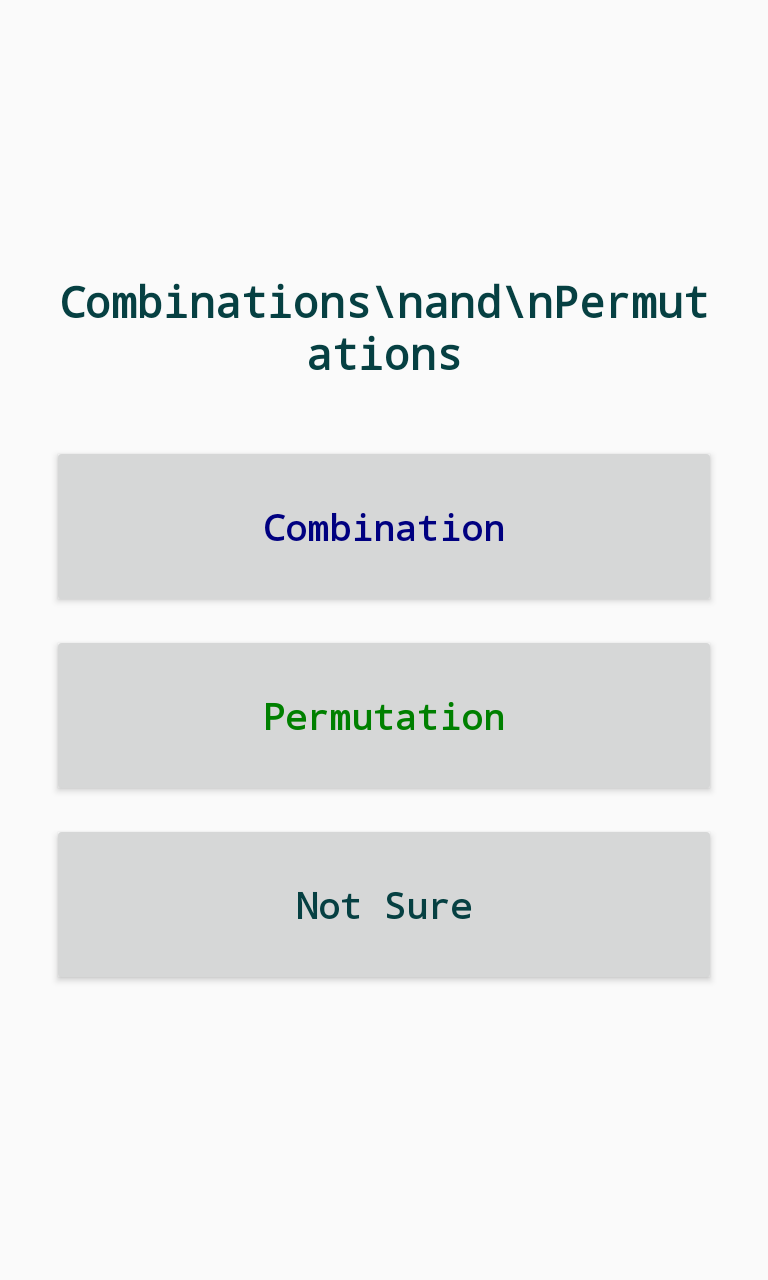
Repository: rontejada1991/Combinations-and-Permutations-Android-App
Layout: combinations/res/layout/activity_main.xml
These files come from the project's save history. The layout is drawn as it stood at one moment and after the next save; the edit follows.
It is drawn on a 768 x 1280 px phone screen (xhdpi) without system bars, with theme AppTheme; the app's code is not run.

Above is the layout before, as saved 2014-11-07 20:46:38.

### combinations/res/layout/activity_main.xml
<LinearLayout xmlns:android="http://schemas.android.com/apk/res/android"
    xmlns:tools="http://schemas.android.com/tools"
    android:layout_width="match_parent"
    android:layout_height="match_parent"
	android:orientation="vertical"
	android:gravity="center"
	android:padding="25dp"
    tools:context="com.silvercloudgames.combinations.MainActivity" >

    <TextView
        android:id="@+id/tv_title"
        style="@style/CodeFont"
        android:layout_width="fill_parent"
        android:text="Combinations\nand\nPermutations"
        android:layout_marginBottom="30dp" />

    <Button
        android:id="@+id/b_comb"
        style="@style/CodeFont.Med"
        android:text="Combination"
        android:padding="30dp"
        android:textColor="#000080"
        android:layout_width="fill_parent"
        android:layout_marginBottom="10dp"
        android:onClick="onBeginPressed" />

    <Button
        android:id="@+id/b_perm"
        style="@style/CodeFont.Med"
        android:text="Permutation"
        android:padding="30dp"
        android:textColor="#008000"
        android:layout_width="fill_parent"
        android:layout_marginBottom="10dp"
        android:onClick="onBeginPressed" />

     <Button
        android:id="@+id/b_not_sure"
        style="@style/CodeFont.Med"
        android:text="Not Sure"
        android:padding="30dp"
        android:layout_width="fill_parent"
        android:layout_marginBottom="10dp"
        android:onClick="onBeginPressed" />


</LinearLayout>

### combinations/res/values/code_font.xml
<?xml version="1.0" encoding="utf-8"?>
<resources xmlns:android="http://schemas.android.com/apk/res/android">

    <style name="CodeFont">
        <item name="android:layout_width">wrap_content</item>
        <item name="android:layout_height">wrap_content</item>
        <item name="android:textColor">#064042</item>
        <item name="android:textStyle">bold</item>
        <item name="android:typeface">monospace</item>
        <item name="android:gravity">center</item>
        <item name="android:textAppearance">@android:style/TextAppearance.Large</item>
    </style>

    <style name="CodeFont.Med">
        <item name="android:textAppearance">@android:style/TextAppearance.Medium</item>
    </style>

    <style name="CodeFont.Italic">
        <item name="android:textStyle">italic</item>
    </style>

</resources>

Loaded but not shown: combinations/res/values/styles.xml (common file); combinations/res/values-v11/styles.xml (common file); combinations/res/values-v14/styles.xml (common file)

After the next save:
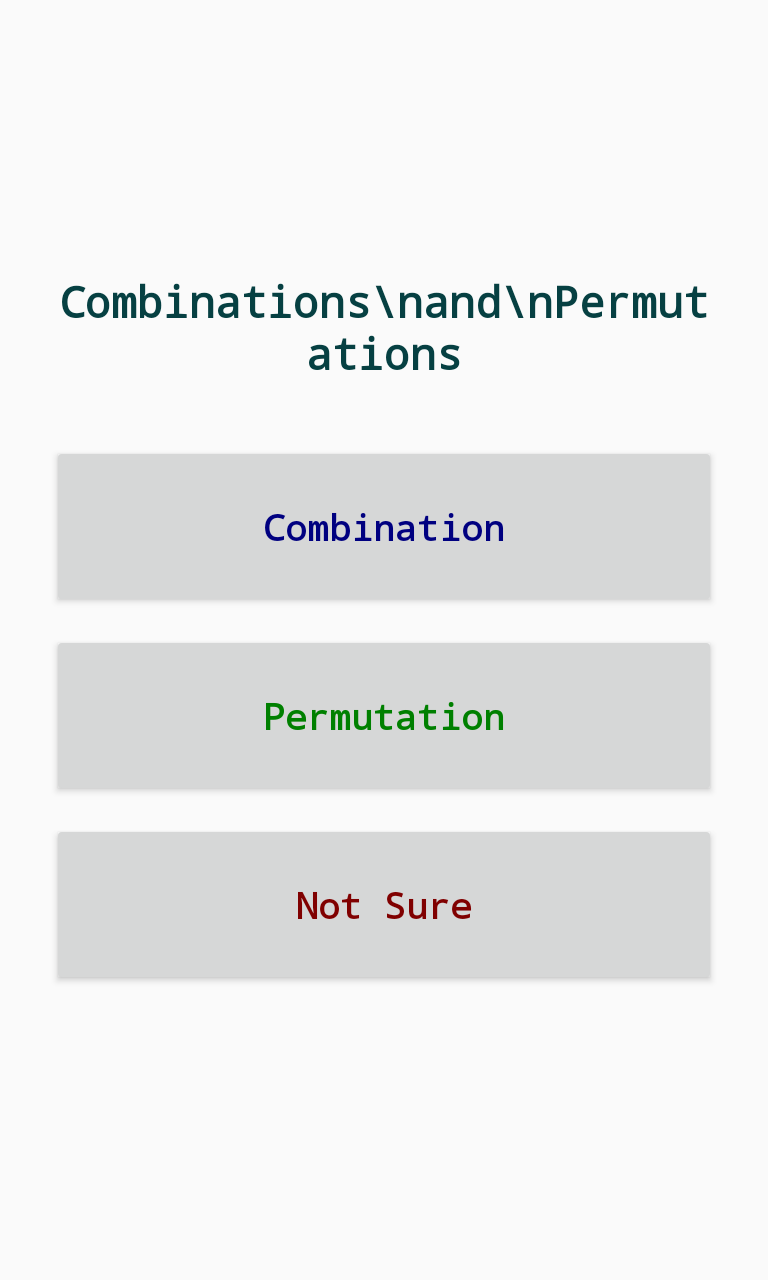
Saved 9 s later.
--- a/combinations/res/layout/activity_main.xml
+++ b/combinations/res/layout/activity_main.xml
@@ -39,6 +39,7 @@
         style="@style/CodeFont.Med"
         android:text="Not Sure"
         android:padding="30dp"
+        android:textColor="#800000"
         android:layout_width="fill_parent"
         android:layout_marginBottom="10dp"
         android:onClick="onBeginPressed" />
